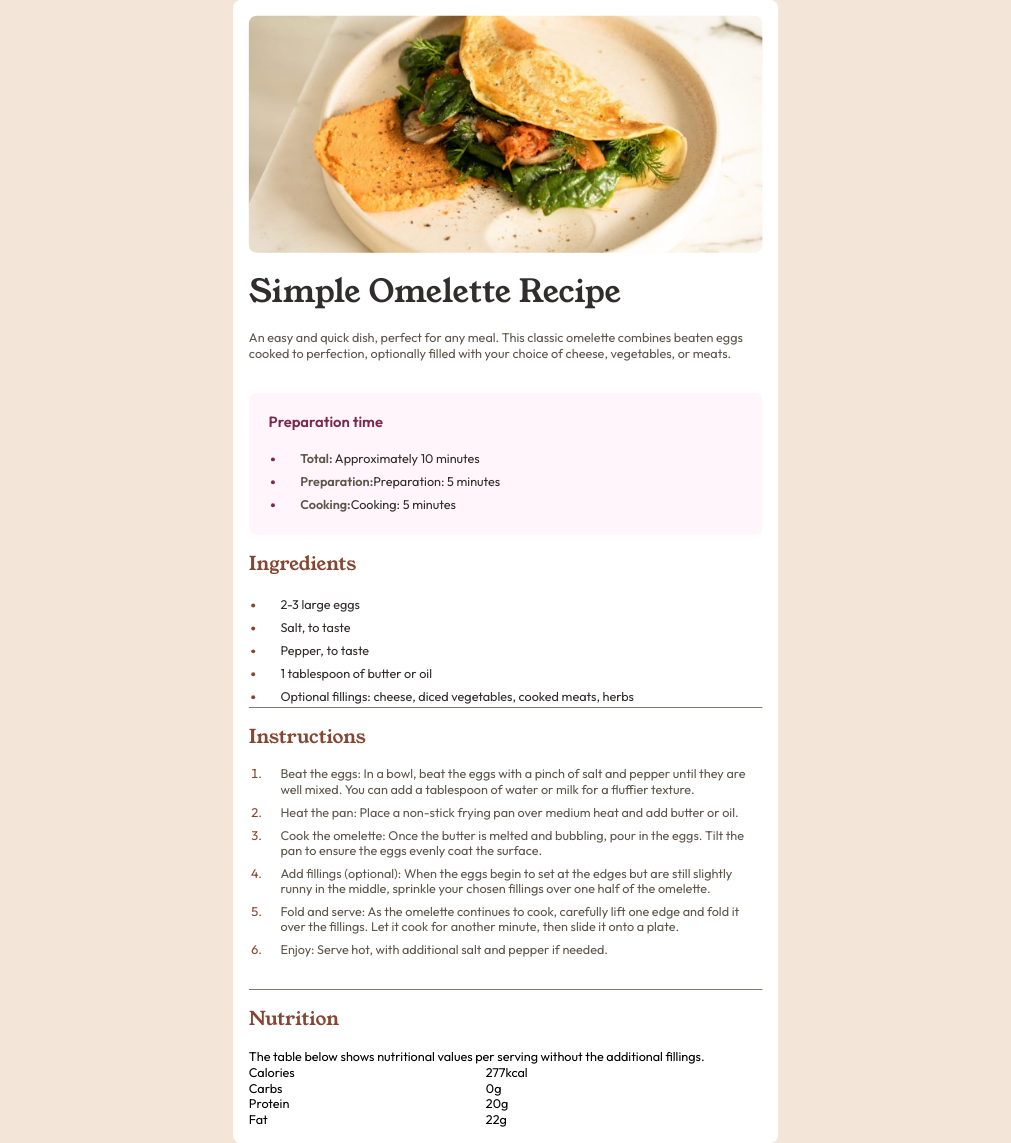
Repository: reemoon-ctrl/mine-recipe-page-main
Page: index1.html
An editor plug-in stored every save of this project. The page is shown before and after a run of saves, followed by the edit.
The browser window is 1280 px wide. The pictures show the whole page, at 79% of full size.

Above is the page before, as saved 2024-08-11 16:49:38.

### index1.html
<!DOCTYPE html>
<html lang="en">
<head>
    <meta charset="UTF-8">

    <style>
        @import url('https://fonts.googleapis.com/css2?family=Open+Sans:ital,wght@0,300..800;1,300..800&family=Outfit:wght@100..900&family=Poppins:ital,wght@0,100;0,200;0,300;0,400;0,500;0,600;0,700;0,800;0,900;1,100;1,200;1,300;1,400;1,500;1,600;1,700;1,800;1,900&family=Young+Serif&display=swap');
        @import url('https://fonts.googleapis.com/css2?family=Open+Sans:ital,wght@0,300..800;1,300..800&family=Poppins:ital,wght@0,100;0,200;0,300;0,400;0,500;0,600;0,700;0,800;0,900;1,100;1,200;1,300;1,400;1,500;1,600;1,700;1,800;1,900&family=Young+Serif&display=swap');
    </style>
        <meta name="viewport" content="width=device-width, initial-scale=1.0">
    <link rel="stylesheet" href="/style.css">
    <title>ommelette</title>
</head>
<body>
    <div class="page-center">
        <div class="container">
            <header>
            <div class="rec-img"></div>
            <h1>Simple Omelette Recipe</h1>

            <p>An easy and quick dish, perfect for any meal.
            This classic omelette combines beaten eggs cooked
            to perfection, optionally filled with your choice
            of cheese,
            vegetables, or meats.</p>
            </header>

            <div class="prep-time">
                <h3>Preparation time</h3>


                <ul>
                <li><span class="dark">Total:</span> Approximately 10 minutes</li>
                <li><span class="dark">Preparation:</span>Preparation: 5 minutes</li>
                <li><span class="dark">Cooking:</span>Cooking: 5 minutes</li>
                </ul>
            </div>
            <div class="ingredient">
                <h2>Ingredients</h2>
                <ul>
                    <li>2-3 large eggs</li>
                    <li>Salt, to taste</li>
                    <li>Pepper, to taste</li>
                    <li>1 tablespoon of butter or oil</li>
                    <li>Optional fillings: cheese, diced vegetables, cooked meats, herbs</li>
                </ul>
            </div>

            <div id="instruc">
                <h2>Instructions</h2>
                <ol >
                    <li>Beat the eggs: In a bowl, beat the eggs with a pinch of salt and pepper until they are well mixed.
                        You can add a tablespoon of water or milk for a fluffier texture.</li>
                    <li>Heat the pan: Place a non-stick frying pan over medium heat and add butter or oil.</li>
                    <li>Cook the omelette: Once the butter is melted and bubbling, pour in the eggs. Tilt the pan to ensure
                        the eggs evenly coat the surface.</li>
                    <li>Add fillings (optional): When the eggs begin to set at the edges but are still slightly runny in the
                        middle, sprinkle your chosen fillings over one half of the omelette.</li>
                    <li>Fold and serve: As the omelette continues to cook, carefully lift one edge and fold it over the
                        fillings. Let it cook for another minute, then slide it onto a plate.</li>
                    <li>Enjoy: Serve hot, with additional salt and pepper if needed.</li>
               </ol>

            </div>

            <h2>Nutrition</h2>

            <p>The table below shows nutritional values per serving without the additional fillings.</p>
            <div class="calory">
                <div>Calories</div>
                <div>277kcal</div>

                <div>Carbs</div>
                <div>0g</div>

                <div>Protein</div>
                <div>20g</div>

                <div>Fat</div>
                <div>22g</div>
            </div>
         </div>
    </div>
</body>
</html>

### style.css
*{
    padding: 0;
    margin: 0;
    box-sizing: border-box;
}
body{
    background: hsl(30, 54%, 90%);
    font-family: "Outfit", sans-serif;
    font-optical-sizing: auto;
    font-weight: 400;
    font-style: normal;

}
h1,h2{
    font-weight: 400;
    color:hsl(24, 5%, 18%);
    font-family: "Young Serif", serif;
    font-style: normal;
}
.rec-img{


    border-radius:10px ;
    height: 300px;
    background: url('/image-omelette.jpeg')no-repeat center center/cover;
}
.container{
    background: #fff;
    border-radius: 10px;
    margin:auto;
    /* margin: auto; */
    max-width:690px;
    padding: 20px;

}
.page-center{
    height: 100vh;
    display: grid;
    grid-template-columns: 960px;
    align-items: center;
    justify-content:space-around;
}
.prep-time{
    background: hsl(330, 100%, 98%);
    padding: 25px;
    border-radius: 10px;
}
.prep-time li,li{
    line-height: 1.8;
    padding-left: 20px;
}
.prep-time ul,ul,ol{

    padding:  0 20px;
}
ul li{

    color:hsl(24, 5%, 18%);
}
.prep-time ul li::marker {
    color: hsl(332, 51%, 32%);
  }

.prep-time h3{
    font-weight: 600;
    padding-bottom: 20px;
    color: hsl(332, 51%, 32%);
    /*  */

}
.dark{
    font-weight: 600;
    color:hsl(30, 10%, 34%);
}
h1{

    padding: 20px 0;
    font-size: 40px;

    font-weight: 400;
}
header p{
    padding-bottom:40px ;
    font-size: 16px;
    color: hsl(30, 10%, 34%);
}
h2{
    padding: 20px 0;
    color: hsl(14, 45%, 36%);
}
ul li::marker,ol li::marker{
    color: hsl(14, 45%, 36%);
}

#instruc li{
    line-height: 1.2;
    color: hsl(30, 10%, 34%);
    padding-bottom: 10px;
}
#instruc{
    padding-bottom: 30px;
    border-bottom: hsl(30, 10%, 34%) 1px solid ;
    border-top: hsl(30, 10%, 34%) 1px solid ;
}
.calory{
    display: grid;
    grid-template-columns: 300px 300px;
}

After the next 2 saves:
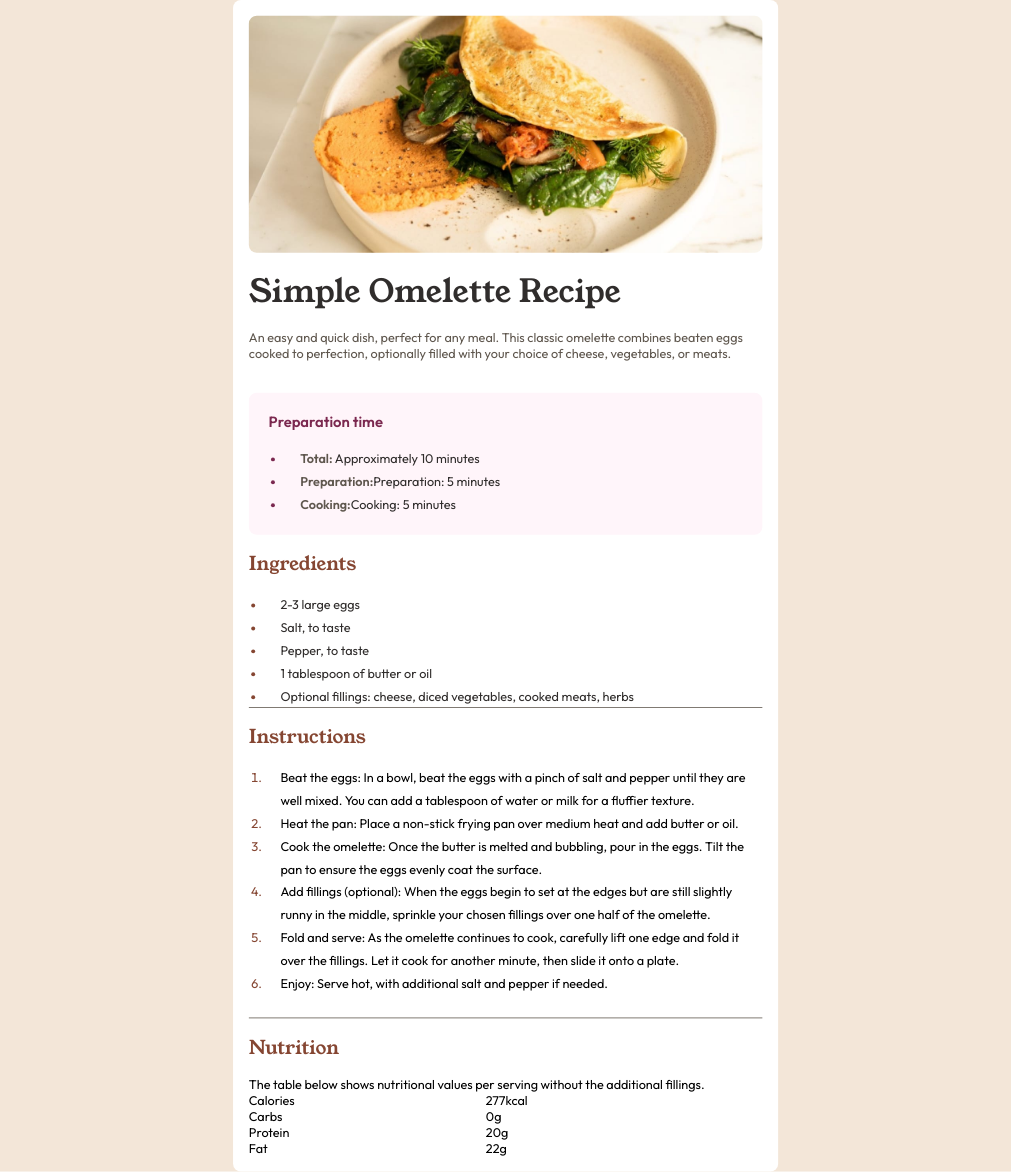
The 2 saves are shown as one change because they came seconds apart.
The last was saved 7 s later.
--- a/style.css
+++ b/style.css
@@ -91,6 +91,7 @@
 ul li::marker,ol li::marker{
     color: hsl(14, 45%, 36%);
 }
+ingredient
 
 #instruc li{
     line-height: 1.2;

After the 2 saves that followed:
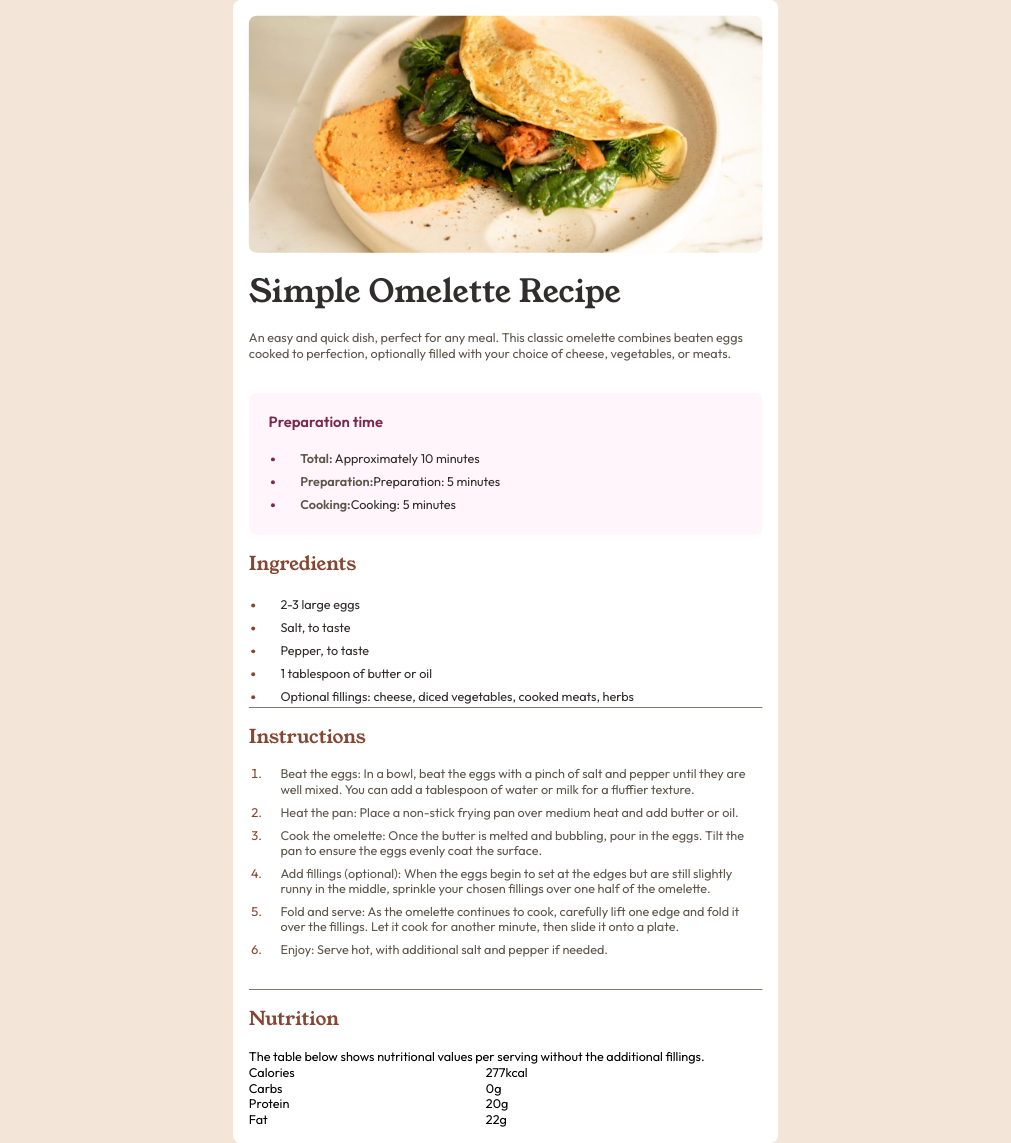
The 2 saves are shown as one change because 1 left the picture as it was.
The last was saved 9 s later.
--- a/style.css
+++ b/style.css
@@ -91,7 +91,9 @@
 ul li::marker,ol li::marker{
     color: hsl(14, 45%, 36%);
 }
-ingredient
+#ingredient{
+
+}
 
 #instruc li{
     line-height: 1.2;
